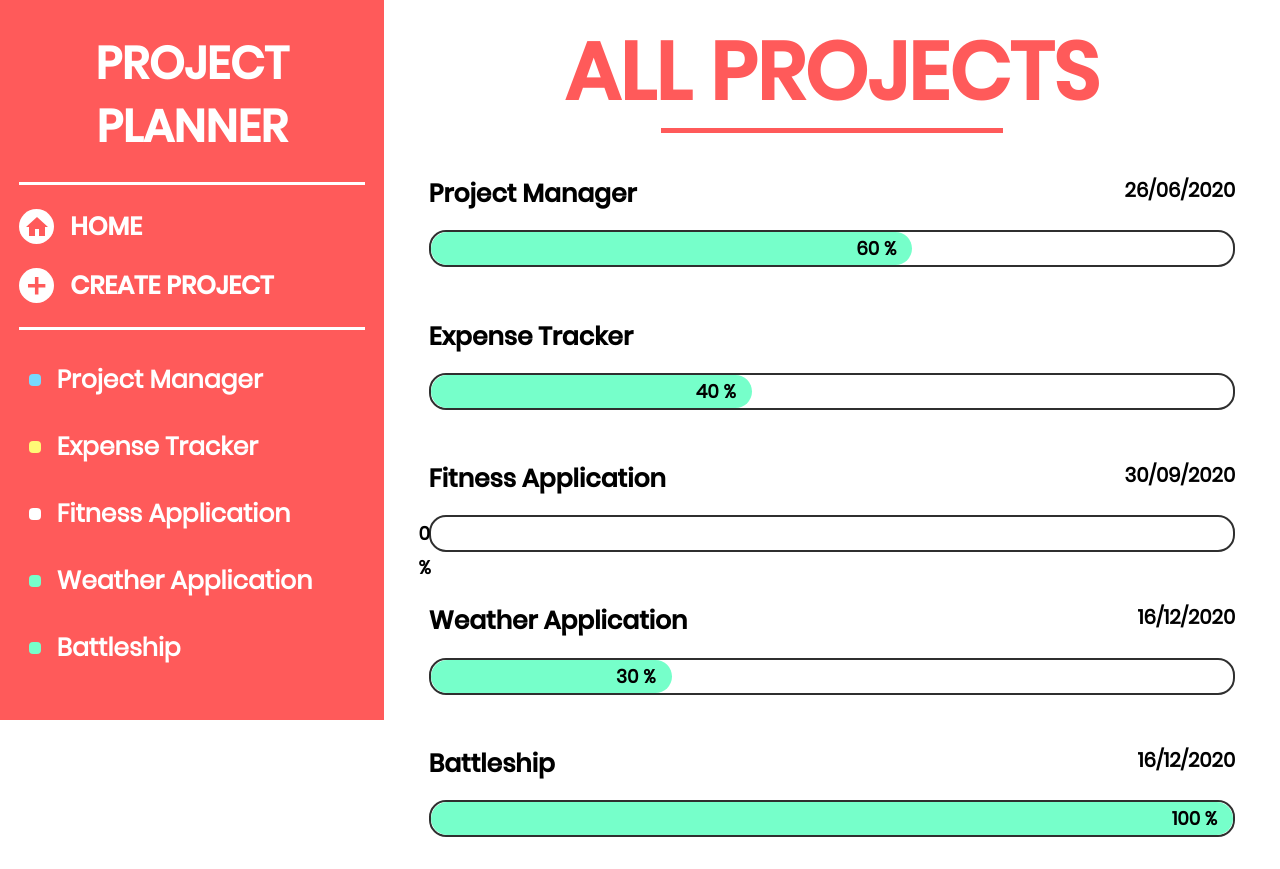
Repository: AzharMoosa/project-manager
Page: /
An editor plug-in stored every save of this project. The page is shown before and after the next save, followed by the edit.
The browser window is 1280 px wide. The pictures show the whole page.
The project was rebuilt for these pictures with package versions that can differ from the ones it lists, and the page was loaded fresh each time.

Above is the page before, as saved 2020-06-22 11:21:07.

After the next save:
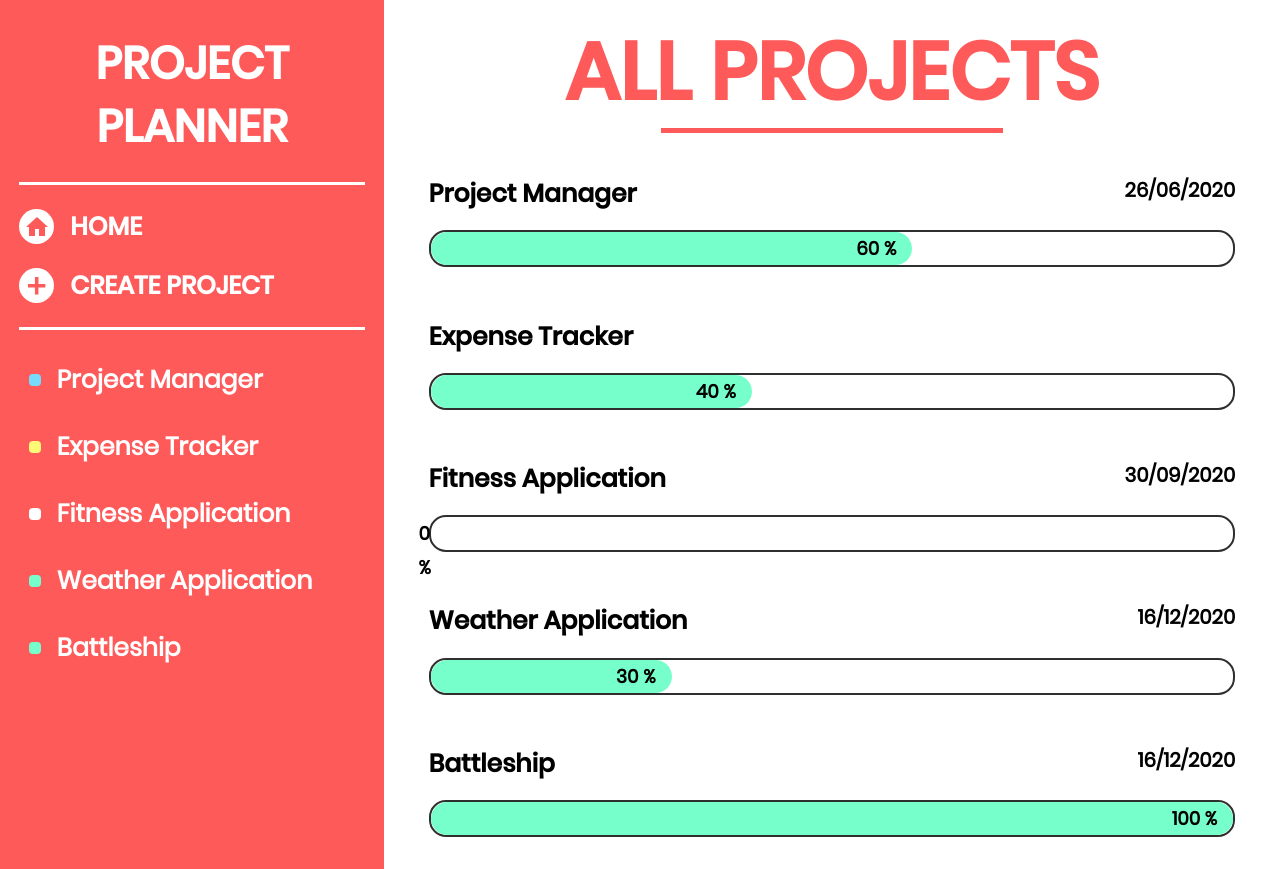
Saved 6 s later.
--- a/src/App.css
+++ b/src/App.css
@@ -78,7 +78,7 @@ body {
 .sidebar {
   width: 30vw;
   background-color: var(--red);
-  height: 100vh;
+  min-height: 100vh;
   color: #fff;
 }
 
